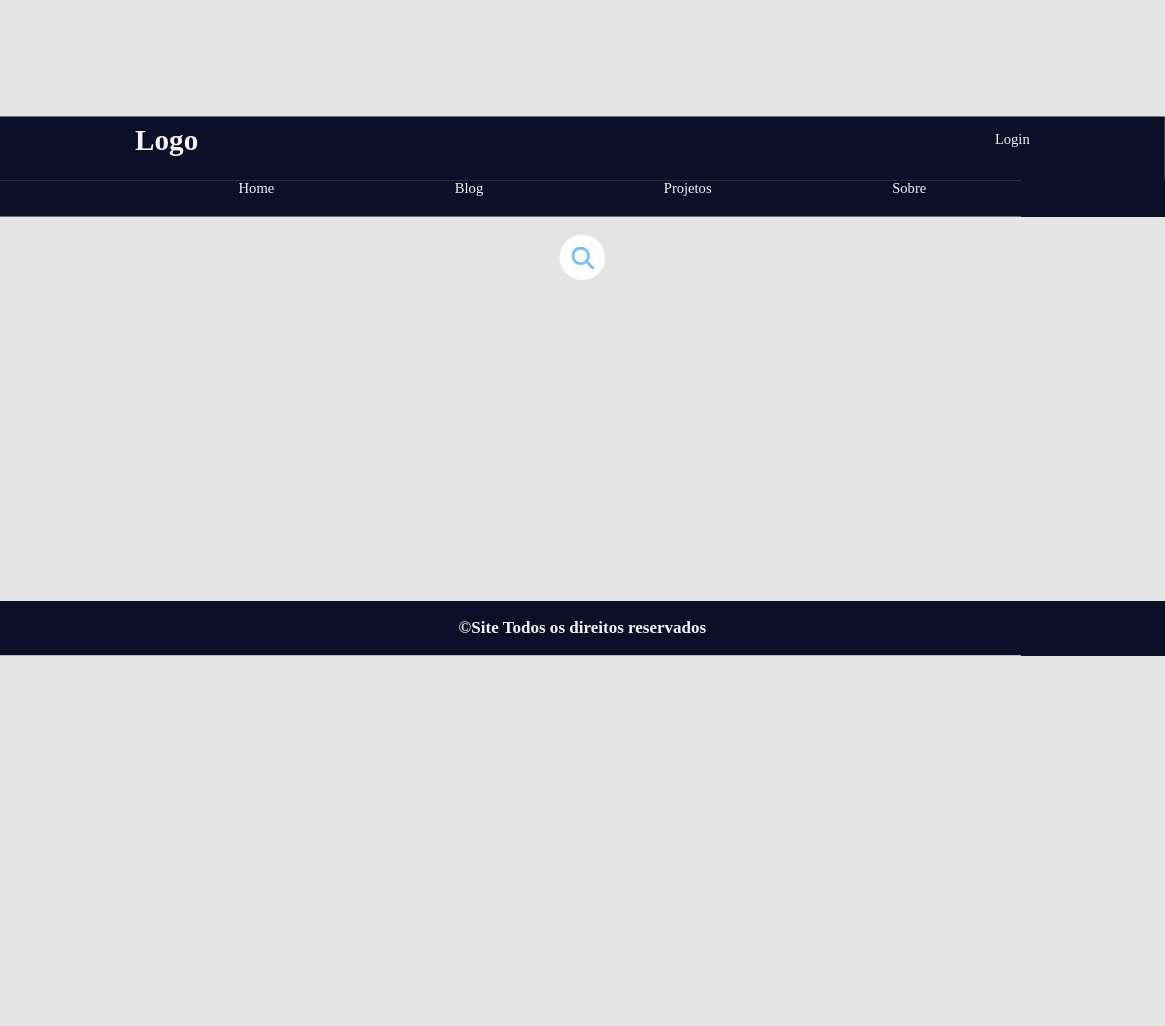
Repository: SauloMorais01/mysitefront-end
Page: src/pages/blog.html
An editor plug-in stored every save of this project. The page is shown before and after the next save, followed by the edit.
The browser window is 1280 px wide. The pictures show the whole page, at 91% of full size.
The pointer rests on the first visible `.search-item`.
Some web libraries are served in a nearby version.

Above is the page before, as saved 2024-11-03 13:52:01.

### src/pages/blog.html
<!DOCTYPE html>
<html lang="pt-br">
<head>
    <meta charset="UTF-8">
    <meta name="viewport" content="width=device-width, initial-scale=1.0">
    <title>Titulo - status</title>
    <link rel="stylesheet" href="../css/style.css">
    <script src="../js/utils.js"></script>
    <script src="https://kit.fontawesome.com/0869671a59.js" crossorigin="anonymous"></script>
</head>
<body>
    <div class="divisor-top" style="padding: 5%;"></div>

    <header class="primary-color hd-color-white">
        <div class="container">
            <div class="top-box flex">
                <div class="logo">
                    <a class="hd-color-white" href="/"><h1>Logo</h1></a>
                </div>
                <div class="login">
                    <a class="hd-color-white" href="/">Login</a>
                </div>
                <div class="hover-btn" id="hover-btn">
                    <i class="fa-solid fa-bars"></i>
                </div>
            </div>
        </div>
    </header>

    <section id="menu" class="sticky-top primary-color hd-color-white">
            <div class="container center">
                <a href="/">Home</a>
                <a href="./src/pages/blog.html">Blog</a>
                <a href="/">Projetos</a>
                <a href="/">Sobre</a>
            </div>
    </section>

    <section id="modal-mobile-menu" class="modal-mobile-menu hidden">
        <div class="container center">
            <div class="modal-div">
                <a class="hd-color-white" href="/">Home</a>
            </div>
            <div class="modal-div">
                <a class="hd-color-white" href="./src/pages/blog.html">Blog</a>
            </div>
           <div class="modal-div">
                <a class="hd-color-white" href="/">Projetos</a>
           </div>
            <div class="modal-div">
                <a class="hd-color-white" href="/">Sobre</a>
            </div>
        </div>
    </section>

    <div class="container">
        <div class="search-item">
            <div class="search-box">
                <input type="text" placeholder="Pesquisar..." class="search-text" name="search" id="search">
                <a class="search-btn">
                    <img class="btn-blue" src="../img/icone/magnifying-glass-solid.svg" width="25" height="25" alt="pesquisar">
                    <img class="btn-white" src="../img/icone/magnifying-glass-solid-white.svg" width="25" height="25" alt="pesquisar">
                </a>
            </div>
        </div>
    </div>

    <main>

    </main>

    <footer class="primary-color center">
        <h3 class="hd-color-white">&copy;<strong>Site</strong> Todos os direitos reservados</h3>
    </footer>

    <div class="divisor-bottom" style="padding: 50px;"></div>



    <script src="../js/main.js"></script>

    <script>
        app.update();
    </script>
</body>
</html>

### src/css/style.css
/* Primary configs */
:root {
    /* Colors */
    /* Bases */
    --primary-color: 234, 94%, 6%,;
    --secondary-color: 184, 86%, 66%,;
    --body-color: 0, 0%, 89%,;
    --white-color: 0, 0%, 100%,;
    --black-color: 0, 0%, 0%,;
    /* End Bases */

    /* Variations colors */
    --primary-color-normal: hsla(var(--primary-color) 0.95);
    --primary-color-medium: hsla(var(--primary-color) 0.5);
    --primary-color-light: hsla(var(--primary-color) 0.250);

    --secondary-color-normal: hsla(var(--secondary-color) 0.95);
    --secondary-color-medium: hsla(var(--secondary-color) 0.5);
    --secondary-color-light: hsla(var(--secondary-color) 0.250);

    --body-color-normal: hsla(var(--body-color) 0.95);
    --body-color-medium: hsla(var(--body-color) 0.5);
    --body-color-light: hsla(var(--body-color) 0.250);

    --black-color-normal: hsla(var(--black-color) 0.95);
    --black-color-medium: hsla(var(--black-color) 0.5);
    --black-color-light: hsla(var(--black-color) 0.250);

    --white-color-normal: hsla(var(--white-color) 0.95);
    --white-color-medium: hsla(var(--white-color) 0.5);
    --white-color-light: hsla(var(--white-color) 0.250);
    /* End variations colors */
    /* End Colors */

    /* Conf Sizes */
    --container-larger-l: 80%;
    --container-larger-m: 80%;
    --container-larger-s: 80%;
    --container-tablet: 90%;
    --container-small-d: 95%;
    --grid-width: 300px;
    --grid-height: 300px;
    /* End conf Sizes */
}

/* Global */
* {
    box-sizing: border-box;
    margin: 0;
    padding: 0;
}
/* End global */

/* pagina */
body {
    background: var(--body-color-normal);
    height: 100vh;
    width: 100vw;
}

html {
    height: 100%;
}

a {
    list-style: none;
    text-decoration: none;
}


main {
    height: 100vh;
}

footer {
    height: 60px;
    position: fixed;
    bottom: 0;
    width: 100%;
    transform: translateY(0%);
}

footer h3 {
    padding-top: 1.2rem;
}

.modal-mobile-menu {
    height: 90vh;
    width: 90vw;
    padding-top: 20px;
    /* background: var(--white-color-normal); */
    background-image: linear-gradient(180deg, #303657, #444963);
    position: absolute;
    top: 5%;
    right: 5%;
    z-index: 1000;
    border-radius: 10px;
    border: 5px solid var(--secondary-color-normal);
    display: flex;
    flex-direction: row;
    justify-content: space-between;
}

.modal-div {
    background: var(--primary-color-light);
    margin: 10px 2.5%;
    padding: 10px;
    border-radius: 5px;
}

.modal-mobile-menu a {
    font-family: Impact, Haettenschweiler, 'Arial Narrow Bold', sans-serif;
    position: relative;
}

.menuAnimation {
    animation-duration: 0.25s;
    animation-name: menuAnim;
}

.menuAnimationRev {
    animation-duration: 0.25s;
    animation-name: menuAnimReverse;
}

.whatsapp-icon {
    position: fixed;
    bottom: 6%;
    right: 3%;
}

.whatsapp-icon img {
    width: 68px;
    height: 68px;
    animation-duration: 1s;
    animation-name: esvanecer;
    animation-iteration-count: infinite;
}

.workflow {
    margin-top: 20px;
    height: auto;
}

.workflow-title {
    margin-left: 20px;
    margin-top: 20px;
}

.box-workflow {
    text-align: center;
    height: auto;
    width: 150px;
    margin: 5px;
    background-color:var(--primary-color-medium);
    padding: 10px;
}

/* Search area */
.search-item {
    position: relative;
    display: flex;
    margin-top: 20px;
    justify-content: center;
    align-items:center;
}

.search-box {
    display: flex;
    /* width: 300px; */
    height: 50px;
    justify-content: space-between;
    align-items:center;

    background: var(--white-color-normal);
    border-radius: 40px;
    padding: 10px;
    z-index: -100;
}

.search-text {
    background: none;
    border: 0;
    outline: 0;

    padding: 0;

    font-size: 16px;
    width: 0;
}

.search-btn {
    width: 30px;
    height: 30px;

    display: flex;
    justify-content: center;
    align-items: center;
}

.btn-white {
    display: none;
}

.search-item:hover > .search-text {
    width: 300px;
    cursor: pointer;
}
/* end Search area */


/* Animation */
@keyframes menuAnim {
    from {
        right: -100%;
      }

      to {
        right: 5%;
      }
}

@keyframes menuAnimReverse {
    from {
        right: 5%;
      }

      to {
        right: -100%;
      }
}

@keyframes esvanecer {
    0% {
        opacity: 100%;
      }

      50% {
        opacity: 50%;
      }

      100% {
        opacity: 100%;
      }
}

/* end pagina */

/* Utils */
.flex {
    display: flex;
}

.sticky-top {
    position: sticky;
    top: 0;
}

.center {
    text-align: center;
}

.right {
    text-align: right;
}

.left {
    text-align: left;
}

.grid-temp {
    display: flex;
    flex-direction: row;
    flex-wrap: wrap;
    /* align-items:center; */
    justify-content: center;
}

.primary-color{
    background: var(--primary-color-normal);
}

.secondary-color{
    background: var(--secondary-color-normal);
}

.hd-color-black {
    color: var(--black-color-normal);
}

.hd-color-white {
    color: var(--white-color-normal);
}

.hidden {
    display: none;
}
/* End utils */



/* Responsividade */
@media (max-width: 575.99px) {
    .container {
        margin: 0 auto;
        width: var(--container-small-d);
    }

    header {
        position: fixed;
        top: 0;
        height: 40px;
        width: 100%;
    }

    #menu {
        height: 40px;
        display:none;
    }

    #menu a {
        color: var(--white-color-normal);
        margin: 5px 2%;
        padding: 10px 5%;
    }

    #menu a:hover {
        background-color: var(--secondary-color-light);
        border-radius: 5px;
    }

    .hover-btn {
        position: absolute;
        right: 1rem;
        padding-top: 10px;
    }

    .hover-btn:hover {
        background: var(--primary-color-light);
        cursor: pointer;
    }

    .top-box {
        position: relative;
        padding-top: 2px;
    }

    .logo {
        position: absolute;
        left: 1%;
        font-size: 0.8rem;
    }

    .login {
        position: absolute;
        margin-top: 2px;
        right: 1%;
        display: none;
    }

    /* Main */
    .info-top{
        /* background: #4f0c6e; */
        height: 250px;
        background-image: linear-gradient(50deg, #2222227a, #2222227a), url(../img/freepik__generate-images-about-web-development__7459.jpeg);
        background-position: center;
        background-size: 100% 100%;
        display: flex;
        align-items: center;
        justify-content: center;
        /* background-repeat: no-repeat; */
    }

    .info-top h1 {
        font-size: 1.25rem;
    }

    .info-top p {
        text-align: center;
        font-size: 0.8rem;
        width: fit-content;
        font-size: 0.8rem;
        background: var(--primary-color-medium);
        border-radius: 5px;
        padding: 10px;
        font-family: Impact, Haettenschweiler, 'Arial Narrow Bold', sans-serif;
    }
}

@media (min-width: 576px) {
    .container {
        margin: 0 auto;
        width: var(--container-small-d);
    }

    header {
        height: 40px;
    }

    #menu {
        height: 40px;
        display:none;
    }

    #menu a {
        color: var(--white-color-normal);
        margin: 5px 2%;
        padding: 10px 5%;
    }

    #menu a:hover {
        background-color: var(--secondary-color-light);
        border-radius: 5px;
    }

    .top-box {
        position: relative;
        padding-top: 3px;
    }

    .logo {
        position: absolute;
        left: 1%;
        font-size: 0.8rem;
    }

    .login {
        position: absolute;
        margin-top: 3px;
        right: 1%;
        display: none;
    }

    .hover-btn {
        position: absolute;
        right: 1rem;
        padding-top: 10px;
    }

    .hover-btn:hover {
        background: var(--primary-color-light);
        cursor: pointer;
    }

    .top-box {
        position: relative;
        padding-top: 2px;
    }

    /* Main */
    .info-top{
        /* background: #4f0c6e; */
        height: 250px;
        background-image: linear-gradient(50deg, #2222227a, #2222227a), url(../img/freepik__generate-images-about-web-development__7459.jpeg);
        background-position: center;
        background-size: 100% 100%;
        display: flex;
        align-items: center;
        justify-content: center;
        /* background-repeat: no-repeat; */
    }

    .info-top h1 {
        font-size: 1.25rem;
    }

    .info-top p {
        text-align: center;
        width: fit-content;
        font-size: 0.8rem;
        background: var(--primary-color-medium);
        border-radius: 5px;
        padding: 10px;
    }
}

/* Medium devices (tablets, 768px and up) */
@media (min-width: 768px) {
    .container {
        margin: 0 auto;
        width: var(--container-tablet);
    }

    header {
        height: 50px;
    }

    #menu {
        height: 40px;
        display:none;
    }

    #menu a {
        color: var(--white-color-normal);
        margin: 5px 3%;
        padding: 10px 5%;
    }

    #menu a:hover {
        background-color: var(--secondary-color-light);
        border-radius: 5px;
    }

    .top-box {
        position: relative;
        padding-top: 6px;
    }

    .logo {
        position: absolute;
        left: 2%;
        font-size: 1rem;
    }

    .login {
        position: absolute;
        margin-top: 6px;
        right: 2%;
        display: none;
    }

    .hover-btn {
        position: absolute;
        right: 1rem;
        padding-top: 10px;
    }

    .hover-btn:hover {
        background: var(--primary-color-light);
        cursor: pointer;
    }

    .top-box {
        position: relative;
        padding-top: 2px;
    }

    /* Main */
    .info-top{
        /* background: #4f0c6e; */
        height: 300px;
        background-image: linear-gradient(50deg, #2222227a, #2222227a), url(../img/freepik__generate-images-about-web-development__7459.jpeg);
        background-position: center;
        background-size: 100% 100%;
        display: flex;
        align-items: center;
        justify-content: center;
        /* background-repeat: no-repeat; */
    }

    .info-top h1 {
        font-size: 1.5rem;
    }

    .info-top p {
        margin: 10px;
        font-size: 1.0rem;
    }
}

/* Large devices (desktops, 992px and up) */
@media (min-width: 992px) {
    .container {
        margin: 0 auto;
        width: var(--container-larger-s);
    }

    header {
        height: 60px;
    }

    #menu {
        height: 40px;
        display: block;
    }

    #menu a {
        color: var(--white-color-normal);
        margin: 5px 4%;
        padding: 10px 5%;
    }

    #menu a:hover {
        background-color: var(--secondary-color-light);
        border-radius: 5px;
    }

    .top-box {
        position: relative;
        padding-top: 8px;
    }

    .logo {
        position: absolute;
        left: 2%;
    }

    .login {
        position: absolute;
        margin-top: 8px;
        right: 2%;
        display: block;
    }

    .hover-btn {
        position: absolute;
        right: 1rem;
        padding-top: 10px;
        display: none;
        padding: 10px;
    }

    .hover-btn:hover {
        background: var(--primary-color-light);
        cursor: pointer;
    }


    /* Main */
    .info-top{
        /* background: #4f0c6e; */
        height: 350px;
        background-image: linear-gradient(50deg, #2222227a, #2222227a), url(../img/freepik__generate-images-about-web-development__7459.jpeg);
        background-position: center;
        background-size: 100% 100%;
        display: flex;
        align-items: center;
        justify-content: center;
        /* background-repeat: no-repeat; */
    }

    .info-top h1 {
        font-size: 2.0rem;
    }

    .info-top p {
        font-size: 1.0rem;
    }
}

/* X-Large devices (large desktops, 1200px and up) */
@media (min-width: 1200px) {
    .container {
        margin: 0 auto;
        width: var(--container-larger-m);
    }

    header {
        height: 70px;
    }

    #menu {
        height: 40px;
        display: block;
    }

    #menu a {
        color: var(--white-color-normal);
        margin: 5px 4.5%;
        padding: 10px 5%;
    }

    #menu a:hover {
        background-color: var(--secondary-color-light);
        border-radius: 5px;
    }

    .top-box {
        position: relative;
        padding-top: 8px;
    }

    .logo {
        position: absolute;
        left: 2%;
    }

    .login {
        position: absolute;
        margin-top: 8px;
        right: 2%;
    }

    /* Main */
    .info-top{
        /* background: #4f0c6e; */
        height: 400px;
        background-image: linear-gradient(50deg, #2222227a, #2222227a), url(../img/freepik__generate-images-about-web-development__7459.jpeg);
        background-position: center;
        background-size: 100% 100%;
        display: flex;
        align-items: center;
        justify-content: center;
        /* background-repeat: no-repeat; */
    }

    .info-top h1 {
        font-size: 2.5rem;
    }

    .info-top p {
        font-size: 1.5rem;
    }
}

/* XX-Large devices (larger desktops, 1400px and up) */
@media (min-width: 1400px) {
    .container {
        margin: 0 auto;
        width: var(--container-larger-l);
    }

    header {
        height: 75px;
    }

    #menu {
        height: 40px;
        display: block;
    }

    #menu a {
        color: var(--white-color-normal);
        margin: 5px 5%;
        padding: 10px 5%;
        font-family: 'Trebuchet MS', 'Lucida Sans Unicode', 'Lucida Grande', 'Lucida Sans', Arial, sans-serif;
        font-weight: bold;
    }

    #menu a:hover {
        background-color: var(--secondary-color-light);
        border-radius: 5px;
    }

    .top-box {
        position: relative;
        padding-top: 10px;
    }

    .logo {
        position: absolute;
        left: 2%;
    }

    .login {
        position: absolute;
        margin-top: 10px;
        right: 2%;
    }

    /* Main */
    .info-top{
        /* background: #4f0c6e; */
        height: 400px;
        background-image: linear-gradient(50deg, #2222227a, #2222227a), url(../img/freepik__generate-images-about-web-development__7459.jpeg);
        background-position: center;
        background-size: 100% 100%;
        display: flex;
        align-items: center;
        justify-content: center;
        /* background-repeat: no-repeat; */
    }

    .info-top h1 {
        font-size: 2.5rem;
        font-family: monospace;
    }

    .info-top p {
        font-size: 1.5rem;
        font-family: Impact, Haettenschweiler, 'Arial Narrow Bold', sans-serif;
    }
}
/* End responsividade */

### src/js/utils.js
class MenuController {
    /**
     * @param {HTMLElement} btnMenu
     * @param {HTMLElement} menuHover
     */
    constructor(btnMenu, menuHover) {
        this.btnMenuRoot = btnMenu
        this.menuHoverRoot = menuHover;
    }

    /**
     * @returns {HTMLElement} menuHover
     */
    get menuHoverRoot() {
        return this._menuHover
    }

    /**
     * @param {HTMLElement} root
     */
    set menuHoverRoot(root) {
        return this._menuHover = root;
    }

    /**
     * @returns {HTMLElement} btnMenu
     */
    get btnMenuRoot() {
        return this._btnMenu
    }

    /**
     * @param {HTMLElement} root
     */
    set btnMenuRoot(root) {
        return this._btnMenu = root;
    }

    /**
     * @returns {void}
     */
    showMenu() {
        this.btnMenuRoot.onclick = () => {
            if(this.menuHoverRoot.classList.contains('hidden')) {
                this.menuHoverRoot.classList.remove('hidden');
                this.menuHoverRoot.classList.add('menuAnimation');
                this.menuHoverRoot.classList.remove('menuAnimationRev');
            } else {
                this.menuHoverRoot.classList.remove('menuAnimation');
                this.menuHoverRoot.classList.add('menuAnimationRev');
                return setTimeout(() => {
                    this.menuHoverRoot.classList.add(`hidden`);
                }, 235);
            }
            clearTimeout(this);
        }
    }
}

### src/js/main.js
class Main {
    constructor() {
        this.btnMenu = document.getElementById('hover-btn');
        this.hoverMenu = document.getElementById('modal-mobile-menu');
        this.menuController = new MenuController(this.btnMenu, this.hoverMenu);
    }

    /**
     * @param {HTMLElement} root
     */
    set btnMenu(root) {
        return this._menuBtn = root;
    }

    /**
     * @returns {HTMLElement} btnMenu
     */
    get btnMenu() {
        return this._menuBtn
    }

    /**
     * @param {HTMLElement} root
     */
    set hoverMenu(root) {
        return this._hoverMenu = root;
    }

    /**
     * @returns {HTMLElement} hoverMenu
     */
    get hoverMenu() {
        return this._hoverMenu
    }


    update() {
        this.menuController.showMenu();
    }
}


const app = new Main();

After the next save:
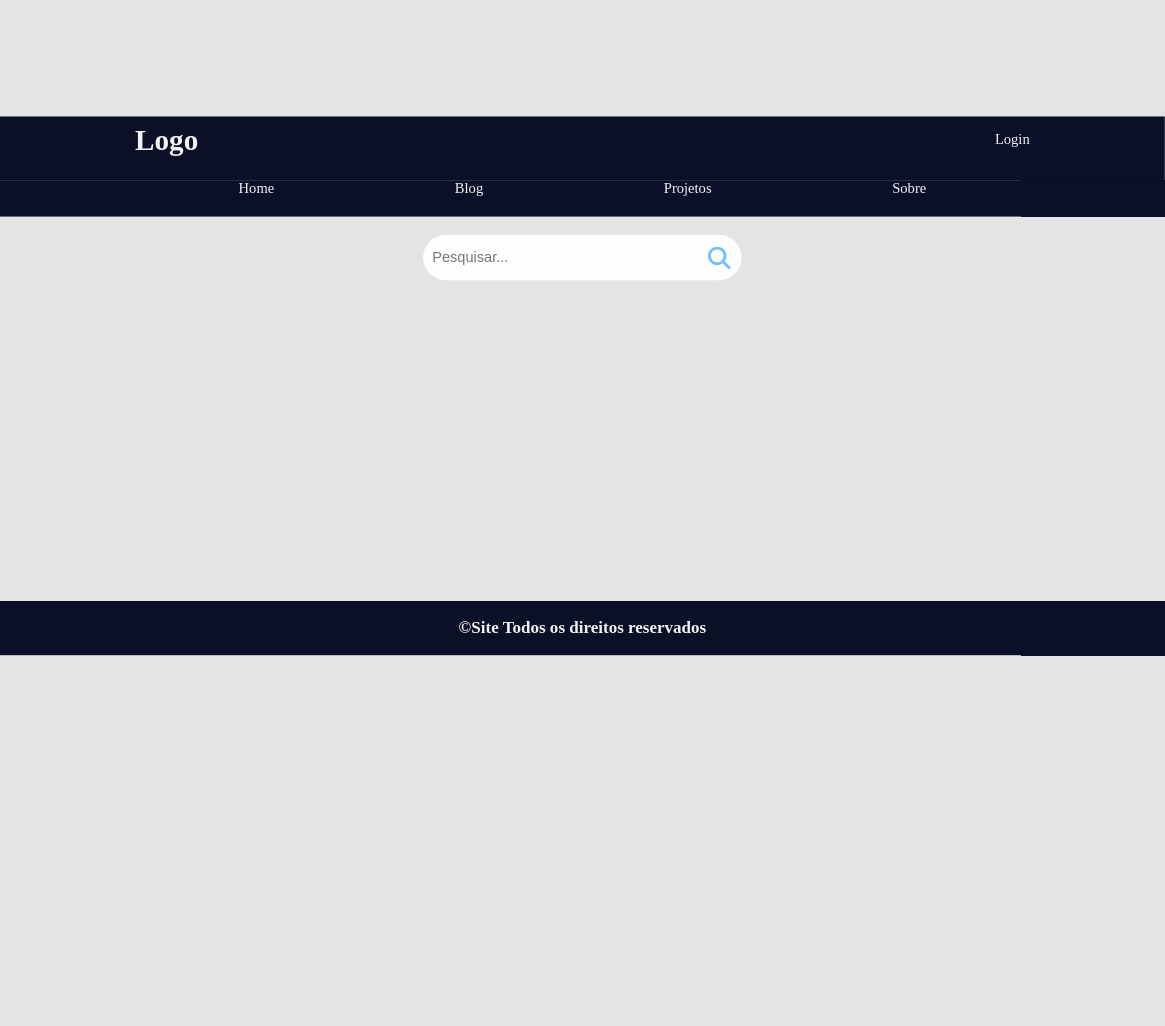
Saved 2 min 22 s later.
--- a/src/css/style.css
+++ b/src/css/style.css
@@ -202,7 +202,7 @@ footer h3 {
     display: none;
 }
 
-.search-item:hover > .search-text {
+.search-item:hover .search-text {
     width: 300px;
     cursor: pointer;
 }
